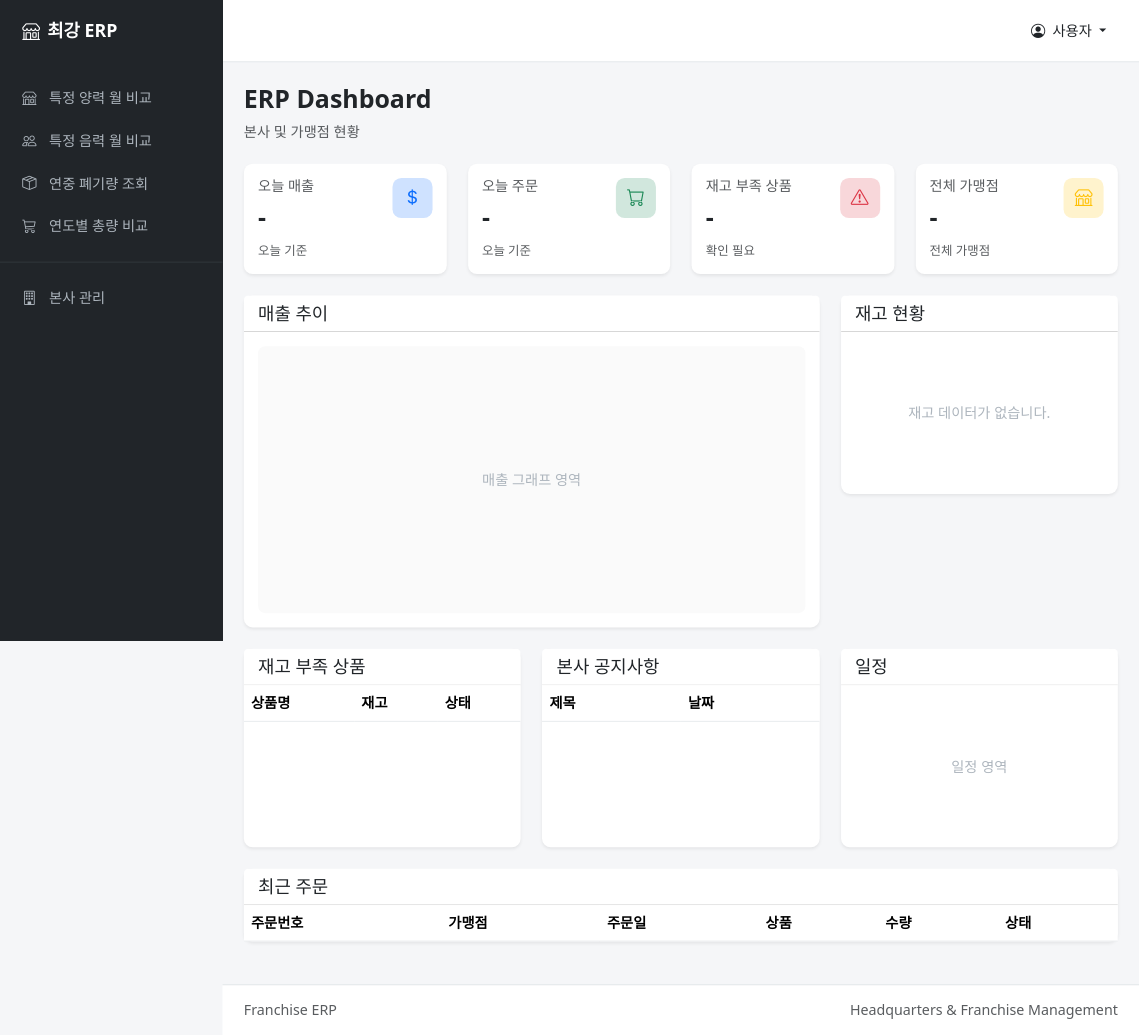
Repository: nojong99/kosta
Page: 32_MVCModel2/src/main/webapp/wasteTrends.html
An editor plug-in stored every save of this project. The page is shown before and after the next save, followed by the edit.
The browser window is 1280 px wide. The pictures show the whole page, at 89% of full size.

Above is the page before, as saved 2026-09-23 02:46:10.

After the next save:
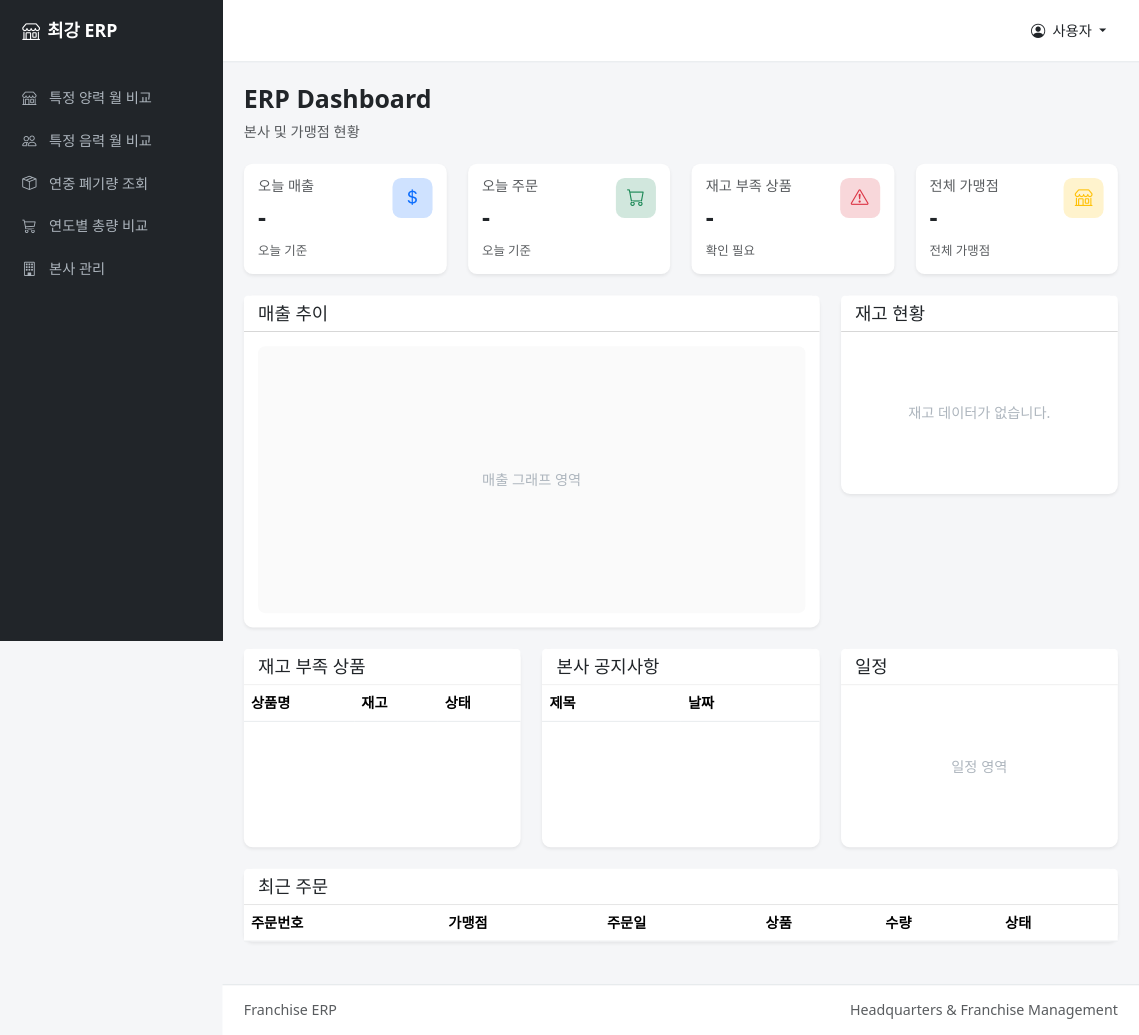
Saved 5 s later.
--- a/32_MVCModel2/src/main/webapp/wasteTrends.html
+++ b/32_MVCModel2/src/main/webapp/wasteTrends.html
@@ -85,10 +85,6 @@
 
         </li>
 
-
-
-        <hr class="text-secondary">
-
         <li class="nav-item">
 
             <a class="nav-link" href="#">
